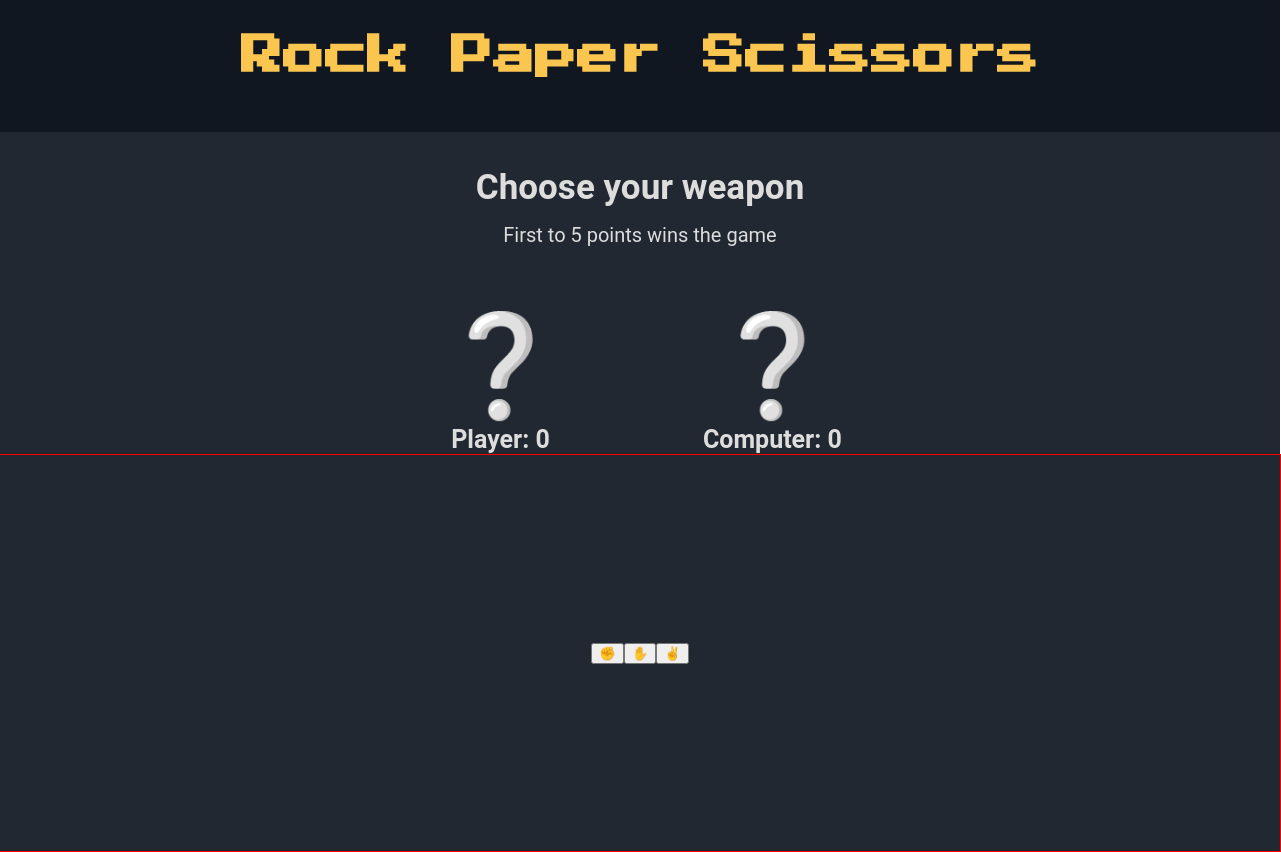
Repository: Aaryan-Poria/Rock-Paper-Scissors
Page: index.html
An editor plug-in stored every save of this project. The page is shown before and after the next save, followed by the edit.
The browser window is 1280 px wide. The page is 1281 px wide, so the pictures cover 1281 px, including what lies to the right of the window. The pictures show the whole page.

Above is the page before, as saved 2023-08-23 13:21:02.

### index.html
<!DOCTYPE html>
<html lang="en">
  <head>
    <meta charset="UTF-8" />
    <meta name="viewport" content="width=device-width, initial-scale=1.0" />
    <title>Rock Paper Scissors</title>
    <link rel="preconnect" href="https://fonts.googleapis.com" />
    <link rel="preconnect" href="https://fonts.gstatic.com" crossorigin />
    <link
      href="https://fonts.googleapis.com/css2?family=Press+Start+2P&display=swap"
      rel="stylesheet"
    />
    <link rel="stylesheet" href="style.css" />
  </head>

  <body>
    <section class="head">
      <h2>Rock Paper Scissors</h2>
    </section>
    <section class="main">
      <div class="main-text">
        <h3>Choose your weapon</h3>
        <p>First to 5 points wins the game</p>
      </div>
      <div class="text-content">
        <div class="info player">
          <p class="qmark 1">❔</p>
          <p class="score 1">Player: 0</p>
        </div>
        <div class="info comp">
          <p class="qmark 2">❔</p>
          <p class="score 2">Computer: 0</p>
        </div>
      </div>
      <div class="buttons">
        <button class="btn rock">✊</button>
        <button class="btn paper">✋</button>
        <button class="btn scissors">✌</button>
      </div>
    </section>
  </body>
</html>

### style.css
body {
  margin: 0;
  padding: 0;
  display: flex;
  flex-direction: column;
  min-height: 100%;
  min-width: 100%;
}
.head {
  display: flex;
  justify-content: center;
  align-items: center;
  color: #fac650;
  background-color: #111720;
  font-family: "Press Start 2P", cursive;
  height: 7rem;
  font-size: 1.75rem;
  padding-bottom: 20px;
}
.main {
  display: flex;
  flex-grow: 1;
  height: 100vh;
  flex-direction: column;
  background-color: #222831;
  color: #dddddd;
  font-family: "Roboto", sans-serif;
  align-items: center;
  /* border: 1px solid red; */
}

.main-text {
  /* border: 1px solid green; */
  display: flex;
  flex-direction: column;
  justify-content: center;
  align-items: center;
}
.main-text > h3 {
  font-size: 35px;
}
.main-text > p {
  font-size: 20px;
  margin-top: -20px;
}
.text-content {
  display: flex;
  width: 100%;
  /* border: 1px solid yellow; */
  display: flex;
  font-size: 25px;
  font-weight: bold;
  justify-content: center;
  align-items: center;
  gap: 140px;
  margin-top: 40px;
}
.info {
  display: flex;
  flex-direction: column;
  justify-content: center;
  align-items: center;
}
.qmark {
  font-weight: 100;
  margin: 0;
  padding: 0;
  font-size: 100px;
}
.score {
  margin: 0;
}
.buttons {
  display: flex;
  justify-content: center;
  align-items: center;
  flex: 1;
  border: 1px solid red;
  width: 100%;
}

After the next save:
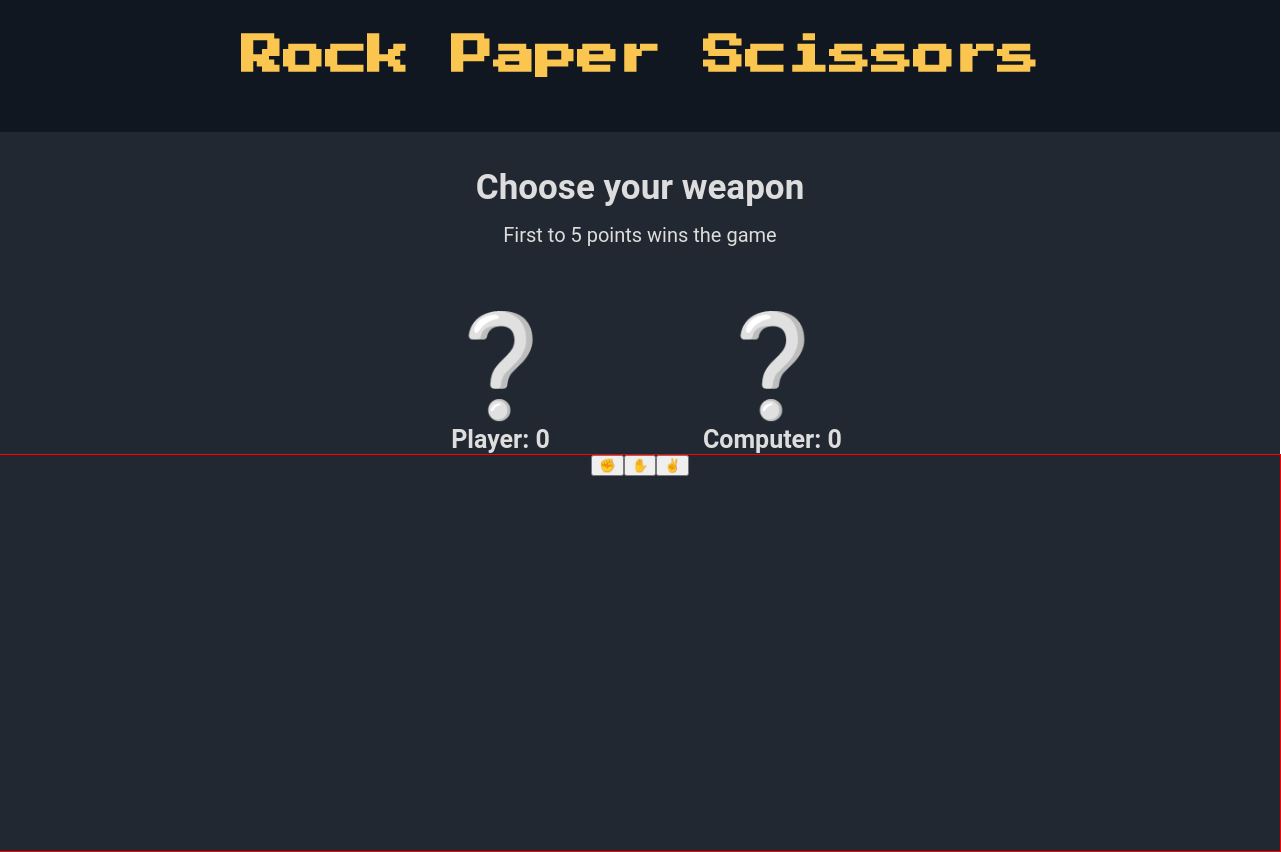
Saved 6 h 36 min later.
--- a/style.css
+++ b/style.css
@@ -73,7 +73,7 @@ body {
 .buttons {
   display: flex;
   justify-content: center;
-  align-items: center;
+  align-items: flex-start;
   flex: 1;
   border: 1px solid red;
   width: 100%;
